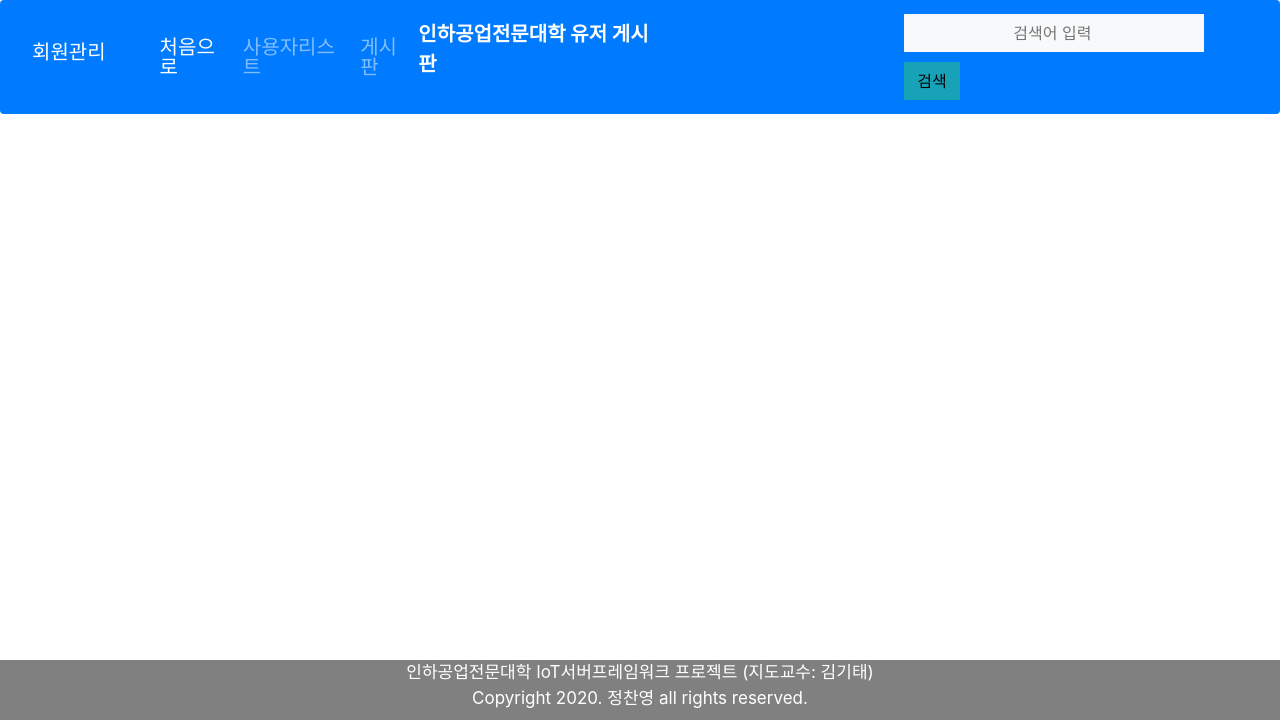
Repository: 201645032/IoTServerFrameWork
Page: http://localhost/layout/default
An editor plug-in stored every save of this project. The page is shown before and after a run of saves, followed by the edit.
The browser window is 1280 px wide. The pictures show the whole page.
Some web fonts or font styles are not loaded; a fallback is used. The page is this project's Thymeleaf template; nobody is signed in. The template is opened directly, without the code that normally fills it, so the values that code supplies are empty.

Above is the page before, as saved 2020-06-11 06:03:43.

### MyProject/src/main/resources/templates/layout/default.html
<html lagn="ko" xmlns:th="http://www.thymeleaf.org" xmlns:layout="http://www.ultraq.net.nz/thymeleaf/layout">
<style>
footer {
position: absolute;
bottom: 0;
left: 0;
right: 0;
text-align:center;
padding:-50px;
font-size:17px;
}

#navbarSupportedContent{
	font-size:20px;
	color:white;
}

#nav-main{
font-style:bold;
}

#title_main{

margin-right: 250px;
font-weight: bold;
}
</style>

<head th:replace="fragments/config :: configFragment"></head>

<header th:replace="fragments/menu :: menuFragment"></header>

<div layout:fragment="content"></div>

<footer th:replace="fragments/footer :: footerFragment"></footer>
</html>

### MyProject/src/main/resources/templates/fragments/config.html
<html xmlns:th="http://www.thymeleaf.org"
      xmlns:layout="http://www.ultraq.net.nz/thymeleaf/layout">

<head th:fragment="configFragment">
    <meta charset="UTF-8" />
    <!-- 공통으로 쓰이는 css파일을넣는다.-->
    <link rel="stylesheet"
          href="https://maxcdn.bootstrapcdn.com/bootstrap/3.3.6/css/bootstrap.min.css" />
    <!-- 컨텐츠페이지의 CSS 영역이 들어감 -->
    <th:block layout:fragment="css"></th:block>
	<link rel = "stylesheet" th:href="@{/style.css}"></link>
    <!-- 공통으로 쓰이는 css파일을넣는다.-->
<link rel="stylesheet" href="https://stackpath.bootstrapcdn.com/bootstrap/4.5.0/css/bootstrap.min.css" integrity="sha384-9aIt2nRpC12Uk9gS9baDl411NQApFmC26EwAOH8WgZl5MYYxFfc+NcPb1dKGj7Sk" crossorigin="anonymous">

	<!--  공통으로 쓰이는 js파일이 들어간다. -->
	<script src="https://code.jquery.com/jquery-3.5.1.slim.min.js" integrity="sha384-DfXdz2htPH0lsSSs5nCTpuj/zy4C+OGpamoFVy38MVBnE+IbbVYUew+OrCXaRkfj" crossorigin="anonymous"></script>
	<script src="https://cdn.jsdelivr.net/npm/popper.js@1.16.0/dist/umd/popper.min.js" integrity="sha384-Q6E9RHvbIyZFJoft+2mJbHaEWldlvI9IOYy5n3zV9zzTtmI3UksdQRVvoxMfooAo" crossorigin="anonymous"></script>
	<script src="https://stackpath.bootstrapcdn.com/bootstrap/4.5.0/js/bootstrap.min.js" integrity="sha384-OgVRvuATP1z7JjHLkuOU7Xw704+h835Lr+6QL9UvYjZE3Ipu6Tp75j7Bh/kR0JKI" crossorigin="anonymous"></script>
    <!-- 컨텐츠페이지의 스크립트 영역이 들어감 -->
    <th:block layout:fragment="script"></th:block>
</head>

</html>

### MyProject/src/main/resources/templates/fragments/menu.html
<html xmlns:th="http://www.thymeleaf.org">
<style>
</style>
<header th:fragment="menuFragment">

	<nav class="navbar navbar-expand-lg navbar-dark bg-primary" id = "nav-main">
		<a class="navbar-brand" href="/">회원관리</a>
		<button class="navbar-toggler" type="button" data-toggle="collapse"
			data-target="#navbarSupportedContent"
			aria-controls="navbarSupportedContent" aria-expanded="false"
			aria-label="Toggle navigation">
			<span class="navbar-toggler-icon"></span>
		</button>

		<div class="collapse navbar-collapse" id="navbarSupportedContent">
			<ul class="navbar-nav mr-auto">
				<li class="nav-item active"><a class="nav-link" href="/">처음으로
						<span class="sr-only">(current)</span>
				</a></li>
				<li class="nav-item"><a class="nav-link" href="/user/userList">사용자리스트</a></li>
				<li class="nav-item"><a class="nav-link" href="/board/boardList.do">게시판</a></li>
			</ul>
			<p id = "title_main">인하공업전문대학 유저 게시판</p>
			<form class="form-inline my-2 my-lg-0">
				<input class="btn btn-light" type="Search"
					placeholder="검색어 입력" aria-label="검색어 입력" style="width:300px">
				<button class="btn btn-info" type="submit">검색</button>
			</form>
		</div>
	</nav>

</header>

</html>

### MyProject/src/main/resources/templates/fragments/footer.html
<html xmlns:th="http://www.thymeleaf.org">


<footer th:fragment="footerFragment">

    <div class = "my_footer">
    	인하공업전문대학 IoT서버프레임워크 프로젝트 (지도교수: 김기태)
        <p>Copyright 2020. 정찬영 all rights reserved.</p>
    </div>

</footer>

</html>

### MyProject/src/main/resources/static/style.css
@CHARSET "UTF-8";

@import url(http://fonts.googleapis.com/earlyaccess/nanumgothic.css);
@import url(http://cdn.jsdelivr.net/font-nanum/1.0/nanumbarungothic/nanumbarungothic.css);

html{overflow:scorll;}
html, body, div, h1, h2, a, form, table, caption, thead, tbody, tr, th, td, submit {
	margin:0; outline:0; border:0; padding:0; font-size:100%; vertical-align:baseline; background:transparent;
}
body {
	font-size:0.875em; line-height:1.5; color:#666; -webkit-text-size-adjust:none; min-width:320px;
	font-family:'NanumGothic','나눔고딕',dotum, "Helvetica Neue", Helvetica, Verdana, Arial, Sans-Serief;
}
h1, h2, h3 {font-size: 1.5em;}
p{margin:0; padding:0;}
ul{margin:0;}
a:link, a:visited {text-decoration:none; color: #656565;}
input{vertical-align:middle;}
input:focus {outline:0;}
caption {display:none; width:0; height:0; margin-top:-1px; overflow:hidden; visibility:hidden; font-size:0; line-height:0;}

/*.container {max-width:1200px; margin:30px auto;} */
.board_list {width:100%; border-top:2px solid #252525; border-bottom:1px solid #ccc; margin:15px 0; border-collapse: collapse;}
.board_list thead th:first-child {background-image:none;}
.board_list thead th {border-bottom:1px solid #ccc; padding:13px 0; color:#3b3a3a; text-align: center; vertical-align:middle;}
.board_list tbody td {border-top:1px solid #ccc; padding:13px 0; text-align:center; vertical-align:middle;}
.board_list tbody tr:first-child td {border:none;}
.board_list tbody tr:hover{background:#ffff99;}
.board_list tbody td.title {text-align:left; padding-left:20px;}
.board_list tbody td a {display:inline-block}

.board_detail {width:100%; border-top:2px solid #252525; border-bottom:1px solid #ccc; border-collapse:collapse;}
.board_detail tbody input {width:100%;}
.board_detail tbody th {text-align:left; background:#f7f7f7; color:#3b3a3a; vertical-align:middle; text-align: center;}
.board_detail tbody th, .board_detail tbody td {padding:10px 15px; border-bottom:1px solid #ccc;}
.board_detail tbody textarea {width:100%; min-height:170px}


.btn {margin:5px; padding:5px 11px; color:#000000 !important; display:inline-block; background-color:#2EFE9A; vertical-align:middle; border-radius:0 !important; cursor:pointer; border:none;}
.btn:hover {background: #2EFE9A;}


.file_list a {display:inherit !important;}


footer{ position:fixed;
  left:0px;
  bottom:0px;
  height:60px;
  width:100%;
  background:grey;
  color: white; }


 .jumbotron {
	 background-image: url('../img/matrix.jpg');
 	background-size: cover;
 	text-shadow: black 0.2em 0.2em 0.2em;
 	color: white;
 	background: contain;
 	width: 100%;
 	height: 200px;
 	max-width:1400px;
 }

After the next 2 saves:
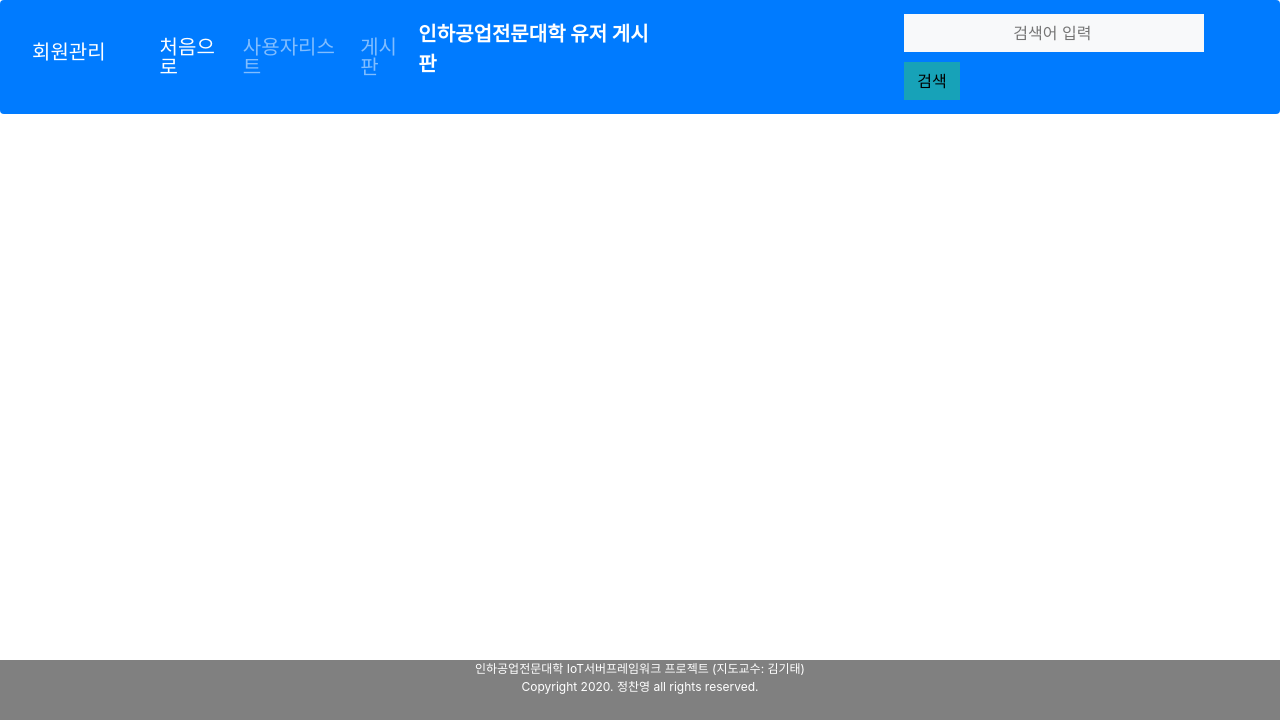
The 2 saves are shown as one change because they came seconds apart.
The last was saved 7 s later.
--- a/MyProject/src/main/resources/templates/layout/default.html
+++ b/MyProject/src/main/resources/templates/layout/default.html
@@ -7,7 +7,7 @@
 right: 0;
 text-align:center;
 padding:-50px;
-font-size:17px;
+font-size:12px;
 }
 
 #navbarSupportedContent{
